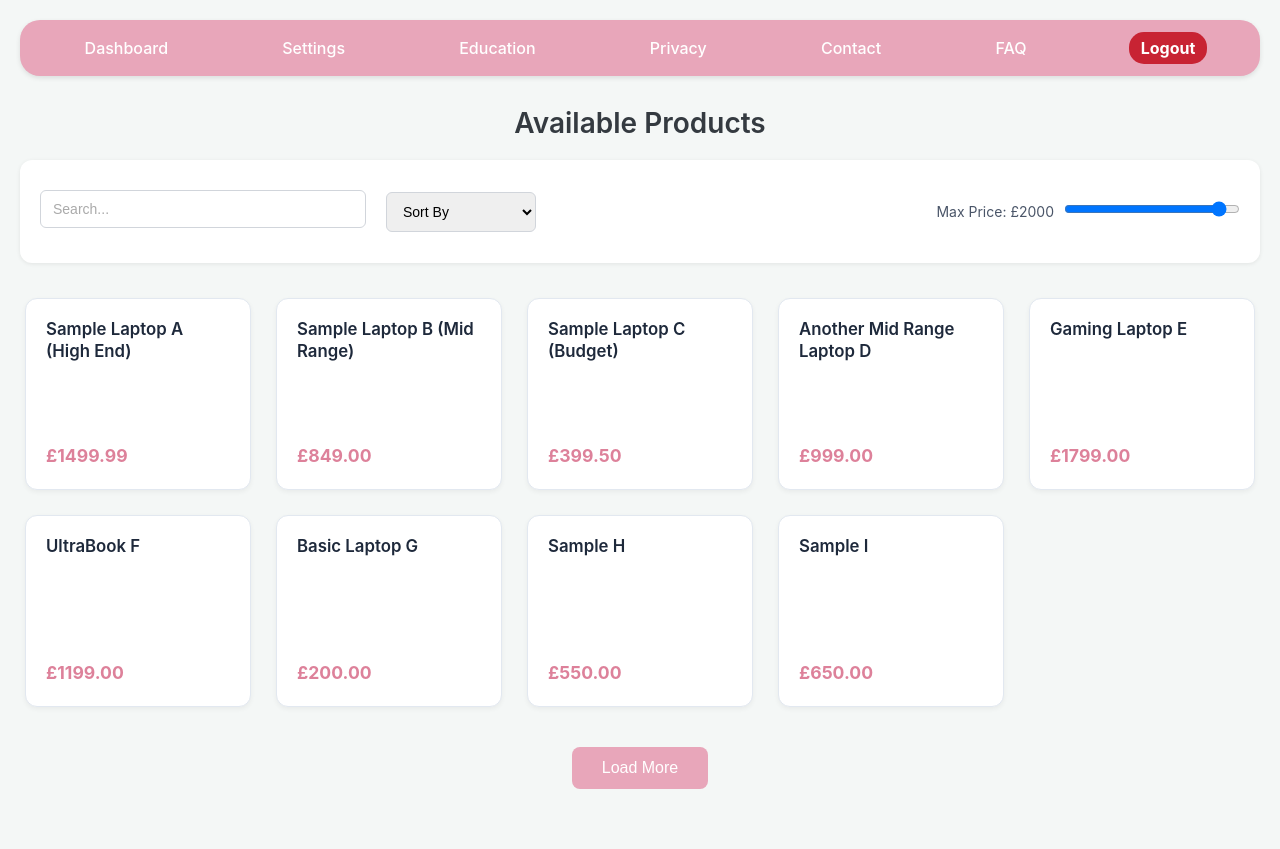
Repository: aab232/https---github.com-aab232-Deferred-Payment-Platform
Page: /main (app in frontend/)
The author's editor kept a copy of each file at every save. The page is drawn from the files as they stood at one save, then again after the next save.
The browser window is 1280 px wide. The pictures show the whole page.
The project was rebuilt for these pictures with package versions that can differ from the ones it lists, and the page was loaded fresh each time. Also part of the build but not shown: frontend/src/components/Home.js, frontend/src/components/Register.js, frontend/src/components/Login.js, frontend/src/components/BackButton.css, frontend/src/components/BackButton.js, frontend/src/components/Settings.js, frontend/src/components/Privacy.js, frontend/src/components/ContactUs.js and 9 more.

Above is the page before, as saved 2025-04-28 05:47:09.

### frontend/src/components/Main.js
import React, { useState, useEffect } from 'react';
import { useNavigate } from 'react-router-dom';
import './Main.css';
import 'react-datepicker/dist/react-datepicker.css';

const mockProducts = [
    // --- Add unique IDs if your actual data has them ---
    { id: "prodA", title: "Sample Laptop A (High End)", price: "£1499.99", link: "#product-a", numericPrice: 1499.99 },
    { id: "prodB", title: "Sample Laptop B (Mid Range)", price: "£849.00", link: "#product-b", numericPrice: 849.00 },
    { id: "prodC", title: "Sample Laptop C (Budget)", price: "£399.50", link: "#product-c", numericPrice: 399.50 },
    { id: "prodD", title: "Another Mid Range Laptop D", price: "£999.00", link: "#product-d", numericPrice: 999.00 },
    { id: "prodE", title: "Gaming Laptop E", price: "£1799.00", link: "#product-e", numericPrice: 1799.00 },
    { id: "prodF", title: "UltraBook F", price: "£1199.00", link: "#product-f", numericPrice: 1199.00 },
    { id: "prodG", title: "Basic Laptop G", price: "£200.00", link: "#product-g", numericPrice: 200.00 },
    { id: "prodH", title: "Sample H", price: "£550.00", link: "#h", numericPrice: 550.00 },
    { id: "prodI", title: "Sample I", price: "£650.00", link: "#i", numericPrice: 650.00 },
    { id: "prodJ", title: "Sample J", price: "£750.00", link: "#j", numericPrice: 750.00 },
    { id: "prodK", title: "Sample K", price: "£1350.00", link: "#k", numericPrice: 1350.00 },
];
// --- ------------------------------------ ---


// --- Helper Function for Authenticated API Calls ---
async function authenticatedFetch(url, options = {}) {
    // Assume JWT token is stored in localStorage after login
    const token = localStorage.getItem('authToken'); // Or get token from context/state management
    const headers = {
        'Content-Type': 'application/json',
        ...options.headers,
    };

    if (token) {
        headers['Authorization'] = `Bearer ${token}`;
    } else {
        console.warn("No auth token found for API call to", url);
        return {
            ok: false, status: 401,
            json: async () => ({ success: false, message: "Authentication token missing." })
        };
    }

    try {
        const apiUrl = process.env.REACT_APP_API_BASE_URL || 'http://localhost:5000'; // Backend URL
        const fullUrl = `${apiUrl}${url}`;
        const response = await fetch(fullUrl, { ...options, headers });
        return response; // Return the raw response
    } catch (error) {
        console.error(`API Fetch Error for ${url}:`, error);
        return { // Simulate fetch error response
            ok: false, status: 503,
            json: async () => ({ success: false, message: "Network error or server unavailable." })
        };
    }
}
// --- ------------------------------------------- ---


// --- Main Component ---
const Main = () => {
    // --- State Variables ---
    // eslint-disable-next-line no-unused-vars
    const [products, setProducts] = useState(mockProducts);
    const [filteredProducts, setFilteredProducts] = useState(mockProducts);
    const [searchTerm, setSearchTerm] = useState('');
    const [sortOption, setSortOption] = useState('');
    const [priceRange, setPriceRange] = useState([0, 2000]);
    const [visibleProducts, setVisibleProducts] = useState(9);

    // Modal & BNPL State
    const [selectedProduct, setSelectedProduct] = useState(null);
    const [assessmentLoading, setAssessmentLoading] = useState(false);
    const [assessmentResult, setAssessmentResult] = useState(null);
    const [selectedTerm, setSelectedTerm] = useState(null);
    const [selectedPayday, setSelectedPayday] = useState(null);
    const [orderLoading, setOrderLoading] = useState(false);

    const navigate = useNavigate();

    // --- Effect for Filtering and Sorting ---
    useEffect(() => {
        let updatedProducts = products.filter(product =>
            product.title.toLowerCase().includes(searchTerm.toLowerCase()) &&
            product.numericPrice >= priceRange[0] &&
            product.numericPrice <= priceRange[1]
        );
        // Apply sorting (example - requires numericPrice)
        if (sortOption === 'price-asc') updatedProducts.sort((a, b) => a.numericPrice - b.numericPrice);
        else if (sortOption === 'price-desc') updatedProducts.sort((a, b) => b.numericPrice - a.numericPrice);
        else if (sortOption === 'name') updatedProducts.sort((a, b) => a.title.localeCompare(b.title));

        setFilteredProducts(updatedProducts);
        setVisibleProducts(9); // Reset pagination on change
    }, [searchTerm, sortOption, priceRange, products]); // Dependency array is correct

    // --- Event Handlers ---
    const handleShowMore = () => { /* ... */ };
    const openModal = (product) => {setSelectedProduct(product); setAssessmentLoading(false); setAssessmentResult(null); setSelectedTerm(null); setSelectedPayday(null); setOrderLoading(false); }; // Reset payday too
    const closeModal = () => setSelectedProduct(null);

    // Handle BNPL Assessment Button Click
    const handleBnplAssessment = async () => {
        if (!selectedProduct) return;
        setAssessmentLoading(true); setAssessmentResult(null); setSelectedTerm(null); setOrderLoading(false);

        const response = await authenticatedFetch('/api/assess_credit', {
            method: 'POST',
            body: JSON.stringify({
                requested_loan_amount: selectedProduct.numericPrice,
                requested_loan_term: null // Term chosen after assessment
            }),
        });
        // Check response status before calling json()
        let resultData;
        try {
             resultData = await response.json();
        } catch (e) {
             console.error("Failed to parse assessment JSON response:", e);
             resultData = { success: false, message: "Received invalid response from server." };
        }


        setAssessmentLoading(false);
        if (response.ok && resultData.success) {
             setAssessmentResult({ ...resultData, success: true });
        } else {
             console.error("Assessment API call failed:", resultData);
             setAssessmentResult({ success: false, message: resultData.message || 'Assessment failed.' });
             // Handle specific status codes if needed (e.g., redirect on 401)
             if(response.status === 401) {
                 // Optional: Add automatic redirect to login
                 // navigate('/login');
             }
        }
    };

    // Handle Confirm BNPL Order Button Click
    const handleProceedWithBnpl = async () => {
        // Validation now checks selectedPayday
        if (!assessmentResult?.success || !selectedTerm || !selectedPayday || !selectedProduct || orderLoading) {
             let alertMsg = "Cannot proceed: "; if (!selectedTerm) alertMsg += "Select term. "; if (!selectedPayday) alertMsg += "Select payday. ";
             console.error("Proceed conditions not met:", { assessmentResult, selectedTerm, selectedPayday, selectedProduct, orderLoading });
             alert(alertMsg.trim() || "Required information missing."); return;
        }

        // Format selectedPayday Date object into YYYY-MM-DD string
        let formattedPayday = null;
        try {
            formattedPayday = selectedPayday.toISOString().split('T')[0]; // Standard format
        } catch (dateError) { alert("Invalid payday selected."); return; }

        console.log(`Confirming order: Product=${selectedProduct.title}, Term=${selectedTerm}, Payday=${formattedPayday}, AssessID=${assessmentResult.assessmentId}`);
        setOrderLoading(true);

        const response = await authenticatedFetch('/api/confirm_bnpl_order', {
            method: 'POST',
            body: JSON.stringify({
                product: { /* ... product details ... */ }, term: selectedTerm,
                assessmentId: assessmentResult.assessmentId,
                paydayPreference: formattedPayday // <-- SEND Formatted Date String
            }),
        });
        // Check response status before calling json()
        let resultData;
        try {
             resultData = await response.json();
        } catch(e) {
            console.error("Failed to parse order confirmation JSON response:", e);
            resultData = { success: false, message: "Received invalid response from server." };
        }

        setOrderLoading(false);
        if (response.ok && resultData.success) {
            alert(`Order confirmed (ID: ${resultData.orderId})!`); // Simple confirmation
            closeModal();
            // Optional: navigate('/dashboard');
        } else {
            console.error("Order Confirmation API call failed:", resultData);
            alert(`Order could not be confirmed: ${resultData.message || 'Please try again.'}`);
             // Keep modal open? Allow retry?
        }
    };


    // --- RETURN JSX ---
    return (
        <div className="main-container">
            {/* --- Navigation Taskbar --- */}
            <nav className="taskbar">
                <span className="tab" onClick={() => navigate('/dashboard')}>Dashboard</span>
                <span className="tab" onClick={() => navigate('/settings')}>Settings</span>
                <span className="tab" onClick={() => navigate('/education')}>Education</span>
                <span className="tab" onClick={() => navigate('/privacy')}>Privacy</span>
                <span className="tab" onClick={() => navigate('/contact')}>Contact</span>
                <span className="tab" onClick={() => navigate('/faq')}>FAQ</span>
                <span className="tab logout" onClick={() => { localStorage.removeItem('authToken'); navigate('/login'); }}>Logout</span>
            </nav>

            <h1>Available Products</h1>

            {/* --- Filter/Sort Controls --- */}
            <div className="controls filters">
                <input
                    type="text"
                    placeholder="Search..."
                    value={searchTerm}
                    onChange={(e) => setSearchTerm(e.target.value)}
                    aria-label="Search products"
                 />
                <select value={sortOption} onChange={(e) => setSortOption(e.target.value)} aria-label="Sort products">
                    <option value="">Sort By</option>
                    <option value="price-asc">Price Low-High</option>
                    <option value="price-desc">Price High-Low</option>
                    <option value="name">Name A-Z</option>
                </select>
                <div className="price-filter">
                    <label htmlFor="priceRange">Max Price: £{priceRange[1]}</label>
                    <input
                        id="priceRange" type="range" min="0" max="2000" step="50"
                        value={priceRange[1]} onChange={(e) => setPriceRange([0, Number(e.target.value)])}
                        aria-label="Maximum price"
                    />
                </div>
            </div>

            {/* --- Product Display Area --- */}
            <div className="content-area">
                <div className="products-container">
                    {/* Check if filteredProducts is not empty */}
                    {filteredProducts && filteredProducts.length > 0 ? (
                        filteredProducts.slice(0, visibleProducts).map((product, index) => (
                            // Added fallback key and check if product exists
                            product ? (
                                <div
                                    key={product.id || `prod-${index}`} // Use product ID if available
                                    className="product-card"
                                    onClick={() => openModal(product)}
                                    role="button"
                                    tabIndex="0"
                                    aria-label={`View details for ${product.title}`}
                                >
                                    <h3 className="product-title">{product.title}</h3>
                                    <p className="product-price">{product.price}</p>
                                    {/* Can add image or other details here */}
                                </div>
                            ) : null // Render nothing if product is somehow null/undefined
                        ))
                    ) : (
                        // Message when no products match filters
                        <p>No products match your criteria.</p>
                    )}
                </div>
                {/* --- Load More Button --- */}
                {filteredProducts.length > visibleProducts && (
                    <button onClick={handleShowMore} className="load-more-button" disabled={visibleProducts >= filteredProducts.length}>
                        Load More
                    </button>
                )}
            </div>

            {/* --- Product Detail Modal --- */}
            {/* Render modal only if selectedProduct is not null */}
            {selectedProduct && (
                <div className="product-modal-backdrop" onClick={closeModal}> {/* Click backdrop to close */}
                    <div className="modal-content" onClick={(e) => e.stopPropagation()}> {/* Prevent closing when clicking content */}
                        <button className="close-button" onClick={closeModal} aria-label="Close modal">×</button>
                        <h2>{selectedProduct.title}</h2>
                        <p className="modal-price">{selectedProduct.price}</p>

                        {/* --- BNPL Assessment Section --- */}
                        <div className="bnpl-section">
                            <button className="modal-action-button bnpl-button" onClick={handleBnplAssessment} disabled={assessmentLoading || orderLoading}>
                                {assessmentLoading ? 'Assessing...' : 'Buy Now, Pay Later'}
                            </button>

                            {/* Assessment Feedback */}
                            {assessmentLoading && <p className="assessment-status">Checking eligibility...</p>}
                            {orderLoading && <p className="assessment-status">Confirming your order...</p>}
                            {assessmentResult && !assessmentResult.success && (
                                <p className="assessment-error">Error: {assessmentResult.message}</p>
                            )}

                            {/* Success Result */}
                            {assessmentResult && assessmentResult.success && (
                                <div className="assessment-results">
                                    <h4>Assessment Result:</h4>
                                    {assessmentResult.entitlements && (assessmentResult.entitlements.limit >= selectedProduct.numericPrice) ? ( // Check entitlements exist
                                        <>
                                            <p className="assessment-approved">✅ Approved! You can pay £{selectedProduct.numericPrice.toFixed(2)} over:</p>
                                            <div className="term-selection">
                                                {/* Check terms exist and is an array */}
                                                {(assessmentResult.entitlements.terms && Array.isArray(assessmentResult.entitlements.terms) && assessmentResult.entitlements.terms.length > 0) ? (
                                                    assessmentResult.entitlements.terms.map(term => (
                                                        <button
                                                            key={term}
                                                            className={`term-button ${selectedTerm === term ? 'selected' : ''}`}
                                                            onClick={() => setSelectedTerm(term)}
                                                        >
                                                            {term} months
                                                        </button>
                                                    ))
                                                ) : (
                                                     <p>No payment terms available.</p>
                                                )}
                                            </div>
                                            {/* Enable button only if terms available AND one is selected */}
                                            {(assessmentResult.entitlements.terms?.length > 0) && (
                                                <button
                                                    className="modal-action-button proceed-button"
                                                    onClick={handleProceedWithBnpl}
                                                    disabled={!selectedTerm || orderLoading}
                                                >
                                                    {orderLoading ? "Processing..." : "Confirm Purchase"}
                                                </button>
                                            )}
                                        </>
                                    ) : ( // Case where limit < price
                                        <p className="assessment-partial">
                                            ℹ️ Your approved limit is £{(assessmentResult.entitlements?.limit ?? 0).toFixed(2)}, which is less than the product price (£{selectedProduct.numericPrice.toFixed(2)}).
                                        </p>
                                    )}
                                     <p className="assessment-note">
                                        (Your Tier: {assessmentResult.entitlements?.tier ?? 'N/A'}. <span className="link-lookalike" onClick={() => { closeModal(); navigate('/dashboard'); }}>View Dashboard</span>)
                                    </p>
                                </div>
                            )}
                        </div>

                         {/* Add to Basket Button */}
                        <button className="modal-action-button add-basket-button" style={{marginTop: '15px'}} disabled={assessmentLoading || orderLoading}>
                            Add to Basket
                        </button>

                    </div>
                </div>
            )}
        </div> // End main-container
    );
};

export default Main;

### frontend/src/components/Home.css
.container {
    display: flex;
    justify-content: center;
    align-items: center;
    height: 100vh; /* Full viewport height */
    background: linear-gradient(135deg, #252f3b, #252d3b); /* Elegant gradient */
  }

  .card {
    text-align: center;
    background: #fff;
    padding: 40px 60px;
    border-radius: 24px;
    box-shadow: 0 8px 32px rgba(0, 0, 0, 0.2);
    max-width: 350px;
    width: 100%;
  }

  h1 {
    margin-bottom: 16px;
    font-size: 28px;
    color: #252f3b;
  }

  p {
    margin-bottom: 32px;
    font-size: 16px;
    color: #555;
  }

  .button-group {
    display: flex;
    justify-content: space-between;
  }

  .btn {
    padding: 12px 24px;
    font-size: 16px;
    border: none;
    border-radius: 30px; /* Rounded buttons */
    cursor: pointer;
    transition: background 0.3s ease;
    color: white;
    background: #252f3b;
  }

  .btn:hover {
    background: #252f3b; /* Button hover effect */
  }

### frontend/src/components/Form.css
.container {
  display: flex;
  justify-content: center;
  align-items: center;
  height: 100vh;
  background: linear-gradient(200deg, #eff7f6, #F7D6E0);
}

.form-card {
  background: white;
  padding: 40px 60px;
  border-radius: 24px;
  box-shadow: 0 8px 32px rgba(0, 0, 0, 0.2);
  max-width: 400px;
  width: 100%;
  text-align: center;
}

h2 {
  color: #252f3b;
}

input {
  display: block;
  width: 100%;
  margin: 10px 0;
  padding: 12px;
  border: 1px solid #ddd;
  border-radius: 30px;
}

.btn {
  padding: 12px 24px;
  margin-top: 20px;
  border-radius: 30px;
  border: none;
  color: white;
  background: #6b212e;
  cursor: pointer;
}

.btn:hover {
  background: #a41b34;
}

.link {
  color: #6b212e;
  cursor: pointer;
}

Loaded but not shown: frontend/public/index.html (common file); frontend/src/index.js (common file); frontend/src/index.css (common file); frontend/src/App.js (37 lines, source omitted); frontend/src/components/Main.css (371 lines, source omitted); frontend/src/components/ContactUs.css (52 lines, source omitted); frontend/src/components/Settings.css (104 lines, source omitted); frontend/src/components/Privacy.css (78 lines, source omitted)

After the next save:
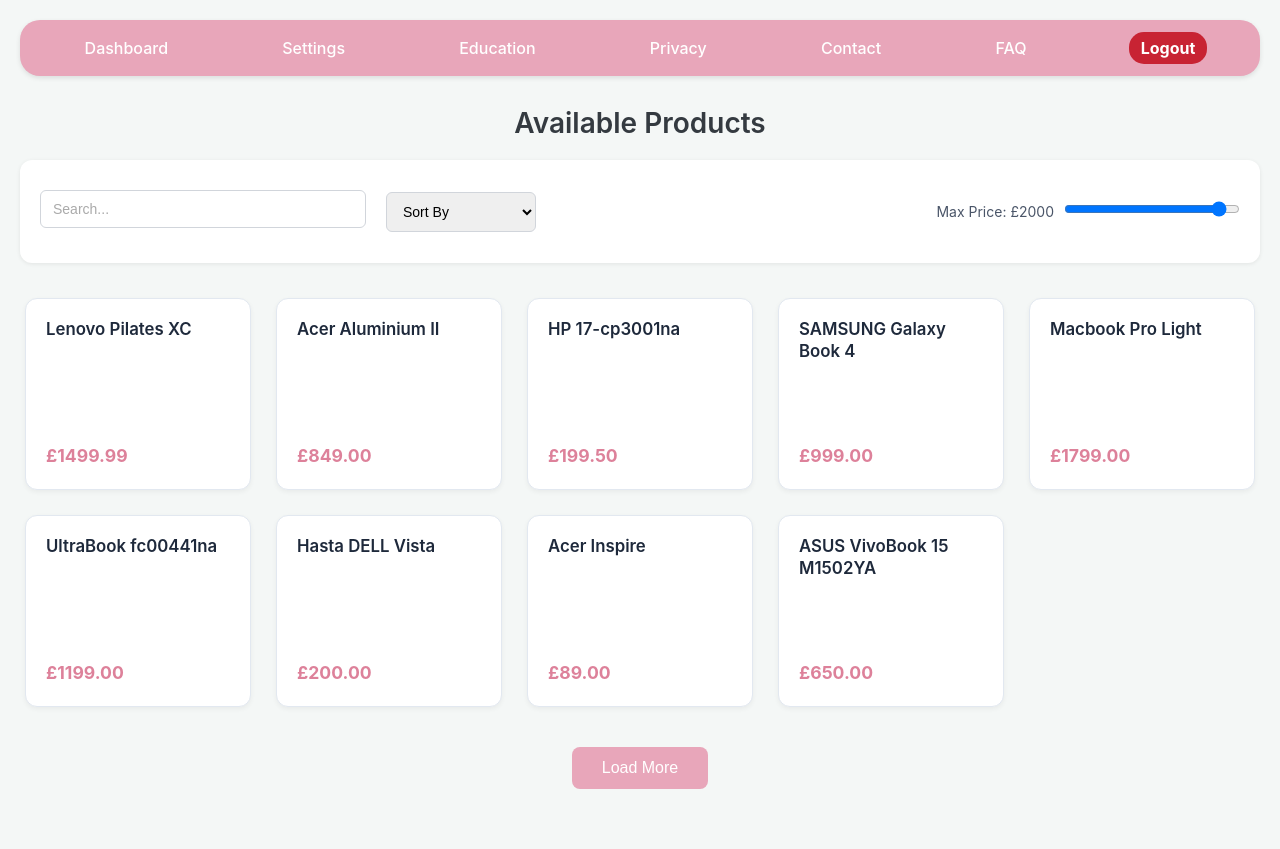
Saved 7 min 44 s later.
--- a/frontend/src/components/Main.js
+++ b/frontend/src/components/Main.js
@@ -5,17 +5,17 @@ import 'react-datepicker/dist/react-datepicker.css';
 
 const mockProducts = [
     // --- Add unique IDs if your actual data has them ---
-    { id: "prodA", title: "Sample Laptop A (High End)", price: "£1499.99", link: "#product-a", numericPrice: 1499.99 },
-    { id: "prodB", title: "Sample Laptop B (Mid Range)", price: "£849.00", link: "#product-b", numericPrice: 849.00 },
-    { id: "prodC", title: "Sample Laptop C (Budget)", price: "£399.50", link: "#product-c", numericPrice: 399.50 },
-    { id: "prodD", title: "Another Mid Range Laptop D", price: "£999.00", link: "#product-d", numericPrice: 999.00 },
-    { id: "prodE", title: "Gaming Laptop E", price: "£1799.00", link: "#product-e", numericPrice: 1799.00 },
-    { id: "prodF", title: "UltraBook F", price: "£1199.00", link: "#product-f", numericPrice: 1199.00 },
-    { id: "prodG", title: "Basic Laptop G", price: "£200.00", link: "#product-g", numericPrice: 200.00 },
-    { id: "prodH", title: "Sample H", price: "£550.00", link: "#h", numericPrice: 550.00 },
-    { id: "prodI", title: "Sample I", price: "£650.00", link: "#i", numericPrice: 650.00 },
-    { id: "prodJ", title: "Sample J", price: "£750.00", link: "#j", numericPrice: 750.00 },
-    { id: "prodK", title: "Sample K", price: "£1350.00", link: "#k", numericPrice: 1350.00 },
+    { id: "prodA", title: "Lenovo Pilates XC", price: "£1499.99", link: "#product-a", numericPrice: 1499.99 },
+    { id: "prodB", title: "Acer Aluminium II", price: "£849.00", link: "#product-b", numericPrice: 849.00 },
+    { id: "prodC", title: "HP 17-cp3001na", price: "£199.50", link: "#product-c", numericPrice: 199.50 },
+    { id: "prodD", title: "SAMSUNG Galaxy Book 4", price: "£999.00", link: "#product-d", numericPrice: 999.00 },
+    { id: "prodE", title: "Macbook Pro Light", price: "£1799.00", link: "#product-e", numericPrice: 1799.00 },
+    { id: "prodF", title: "UltraBook fc00441na", price: "£1199.00", link: "#product-f", numericPrice: 1199.00 },
+    { id: "prodG", title: "Hasta DELL Vista", price: "£200.00", link: "#product-g", numericPrice: 200.00 },
+    { id: "prodH", title: "Acer Inspire", price: "£89.00", link: "#h", numericPrice: 89.00 },
+    { id: "prodI", title: "ASUS VivoBook 15 M1502YA", price: "£650.00", link: "#i", numericPrice: 650.00 },
+    { id: "prodJ", title: "DELL INSPION 16 5640", price: "£750.00", link: "#j", numericPrice: 750.00 },
+    { id: "prodK", title: "Jumper Pro 15.6 Inch HD Laptop", price: "£1350.00", link: "#k", numericPrice: 1350.00 },
 ];
 // --- ------------------------------------ ---
 
